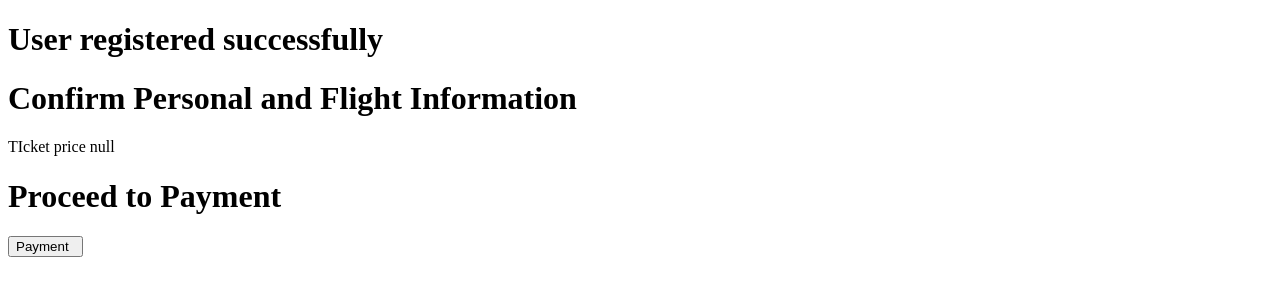
Repository: Shivani2392/FlyAwayProject
Page: http://localhost/FlightBookingPortal/BookFlight.jsp
These files come from the project's save history. The page is drawn as it stood at one moment and after the next save; the edit follows.
The browser window is 1280 px wide. The pictures show the whole page.
The page is served by Tomcat 9. Other server files are loaded and not shown.

Above is the page before, as saved 2020-11-21 06:43:20.

### FlightBookingPortal/src/main/webapp/BookFlight.jsp
<%@ page language="java" contentType="text/html; charset=ISO-8859-1"
    pageEncoding="ISO-8859-1"%>
<!DOCTYPE html>
<html>
<head>
<meta charset="ISO-8859-1">
<title>Flight Details</title>
</head>
<body>
<h1>User registered successfully</h1>

<h1>Confirm Personal and Flight Information</h1>


<%
out.println("TIcket price");
out.println(request.getParameter("price"));

%>



<h1>Proceed to Payment</h1>
<input type="submit" value="Payment	" name="Payment"></input>
</body>
</html>

After the next save:
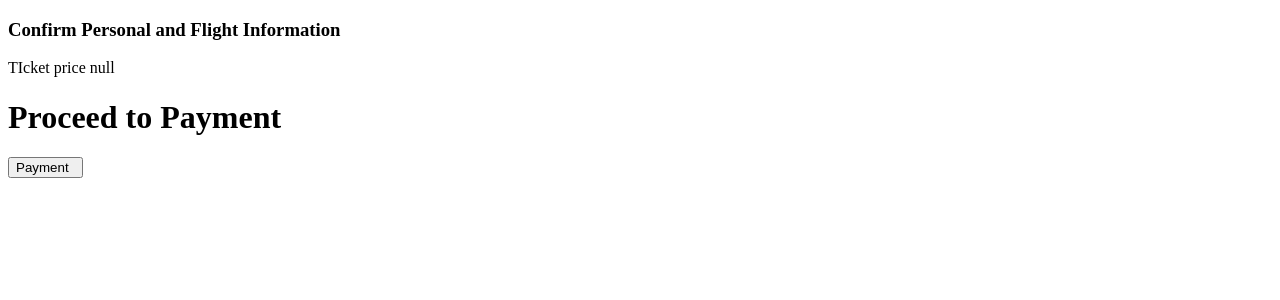
Saved 37 s later.
--- a/FlightBookingPortal/src/main/webapp/BookFlight.jsp
+++ b/FlightBookingPortal/src/main/webapp/BookFlight.jsp
@@ -7,11 +7,7 @@
 <title>Flight Details</title>
 </head>
 <body>
-<h1>User registered successfully</h1>
-
-<h1>Confirm Personal and Flight Information</h1>
-
-
+<h3>Confirm Personal and Flight Information</h3>
 <%
 out.println("TIcket price");
 out.println(request.getParameter("price"));
